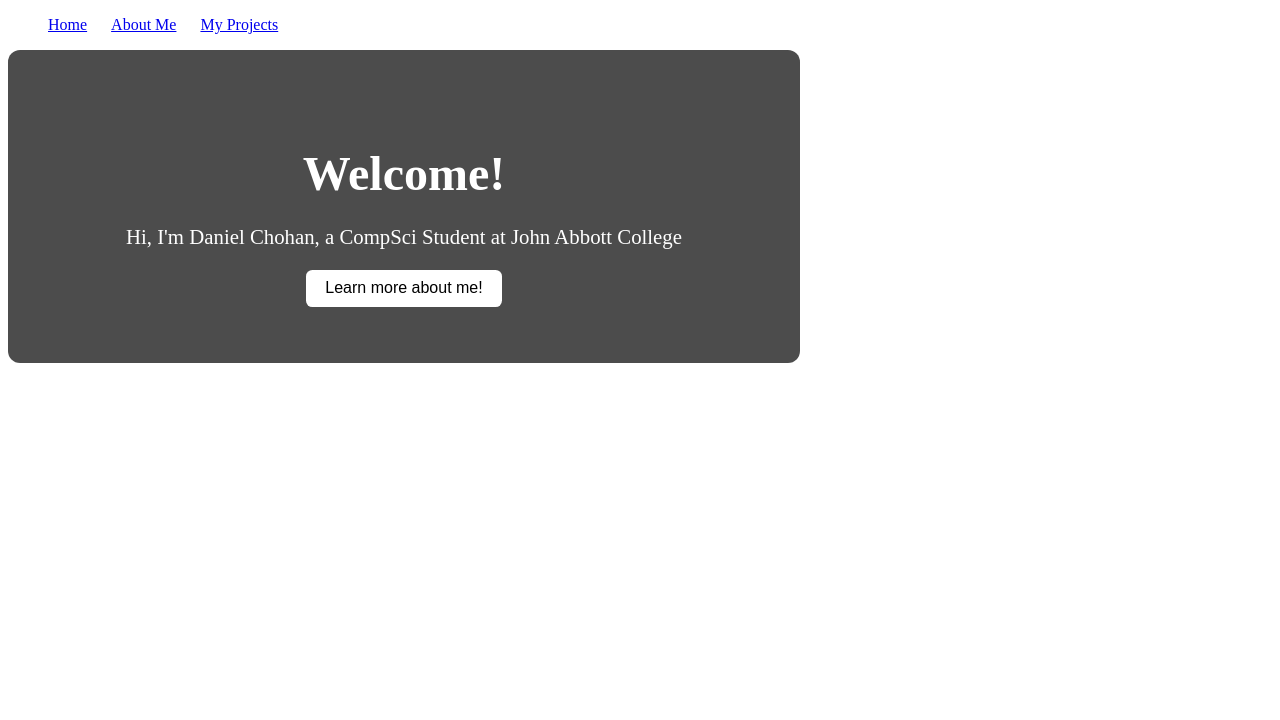
Repository: danielchohan/danielchohan
Page: index.html
These files come from the project's save history. The page is drawn as it stood at one moment and after the next save; the edit follows.
The browser window is 1280 px wide. The pictures show the whole page.

Above is the page before, as saved 2026-05-06 14:56:46.

### index.html
<!DOCTYPE html>
<html lang="en">
<head>
    <meta charset="UTF-8">
    <meta name="viewport" content="width=device-width, initial-scale=1.0">
    <title>Elden Ring Portfolio</title>
    <link rel="stylesheet" href="./styles/index.css">
    <link rel="global" href="./styles/global.css">
</head>
<body>

    <!-- Nav Bar-->
<nav Class ="TopBar">
<UL class="navlinks">
    <li><a href="index.html">Home</a></li>
    <li><a href="AboutMe.html">About Me</a></li>
    <li><a href="Projects.html">My Projects</a></li>
</UL>
</nav>

<!-- Hero Spot -->
 <section class="Hero">
    <div class="overlay">
        <h1>Welcome!</h1>
        <p>Hi, I'm Daniel Chohan, a CompSci Student at John Abbott College</p>
        <button>Learn more about me!</button>
    </div>
 </section>

</body>
</html>

### styles/index.css
.navbar{
    position:fixed;
    top:0;
    width:100%;
    padding:  0.75rem 1.25rem;
    display: flex;
    justify-content: space-between;
    align-items: center;
    color:white;
    z-index: 10;
}
.navlinks{
    display:none;
}

.hero{
    height: 100vh;
    width:100%;

   background-color: aliceblue;
    background-size:cover;
    display:flex;
    justify-content: center;
    align-items: center;

    padding: 1rem;
}

.overlay{
    background:rgba(0,0,0,0.7);
    padding:1.5rem;
    border-radius: 0.75rem;
    text-align: center;
    color:white;

    max-width: 90%;
}

.overlay h1{
    font-size:1.75rem;
    margin-bottom: 0.5em;
}

.overlay p{
    font-size: 1rem;
    margin-bottom: 1em;
}

.overlay button{
    padding: 0.6em 1.2em;
    font-size: 1rem;
    border:none;
    border-radius:0.4rem;
    background:white;
    color:black;
}

@media (min-width:768px) {
    .navbar{
        padding: 1rem 2.5rem
    }
    .navlinks{
        display:flex;
        gap:1.5rem;
        list-style:none;
    }
    .overlay{
        padding:2.5rem;
        max-width:70%;
    }
    .overlay h1{
        font-size:2.5rem;
    }
    .overlay p{
        font-size:1.2rem;
    }
}
@media (min-width:1024px) {
    .overlay{
        padding:3.5rem 5rem;
        max-width: 50%;
    }

    .overlay h1{
        font-size:3rem;
    }
    .overlay p{
        font-size: 1.3rem;
    }
}

### styles/global.css
@font-face {
    font-family: EldenFont;
    src: url(../assets/fonts/Mantinia\ Regular.otf);
    font-weight: normal;
    font-style: normal;
}

*{
    margin: 0;
    padding: 0;
    box-sizing: border-box;
}

After the next save:
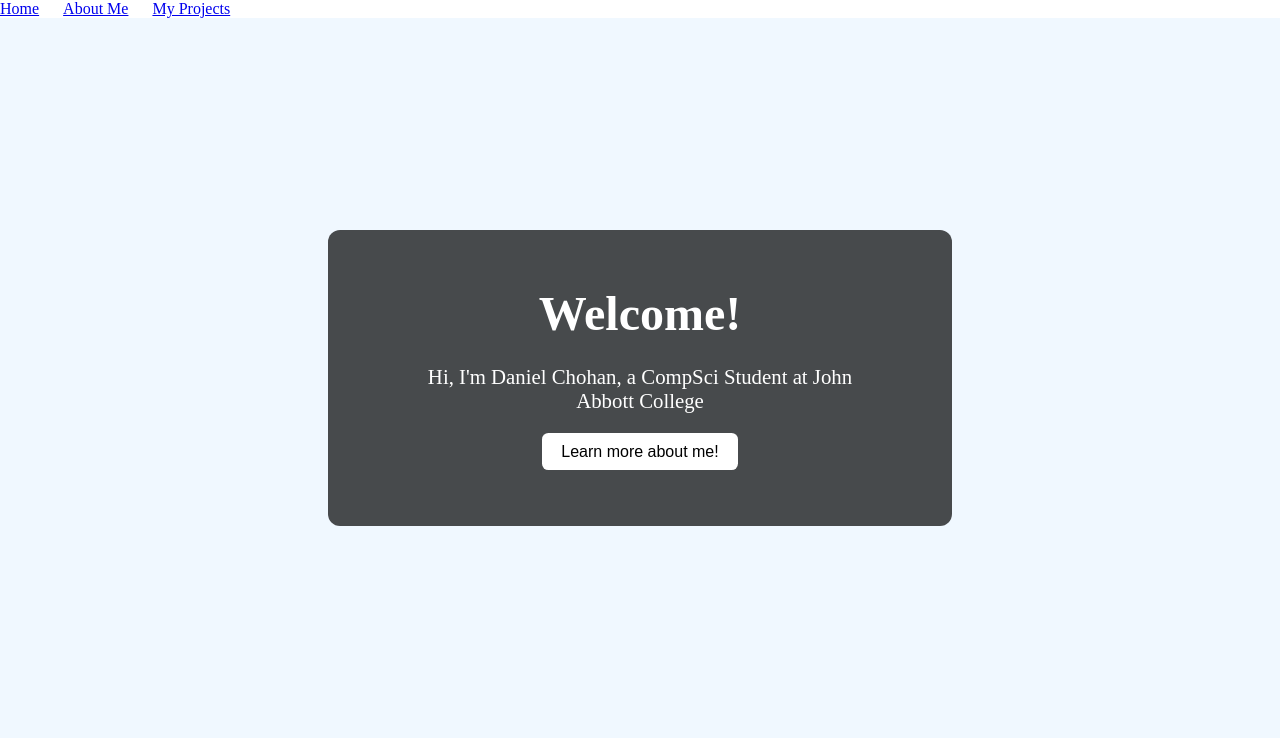
Saved 63 s later.
--- a/index.html
+++ b/index.html
@@ -5,7 +5,7 @@
     <meta name="viewport" content="width=device-width, initial-scale=1.0">
     <title>Elden Ring Portfolio</title>
     <link rel="stylesheet" href="./styles/index.css">
-    <link rel="global" href="./styles/global.css">
+    <link rel="stylesheet" href="./styles/global.css">
 </head>
 <body>
 
@@ -19,7 +19,7 @@
 </nav>
 
 <!-- Hero Spot -->
- <section class="Hero">
+ <section class="hero">
     <div class="overlay">
         <h1>Welcome!</h1>
         <p>Hi, I'm Daniel Chohan, a CompSci Student at John Abbott College</p>
